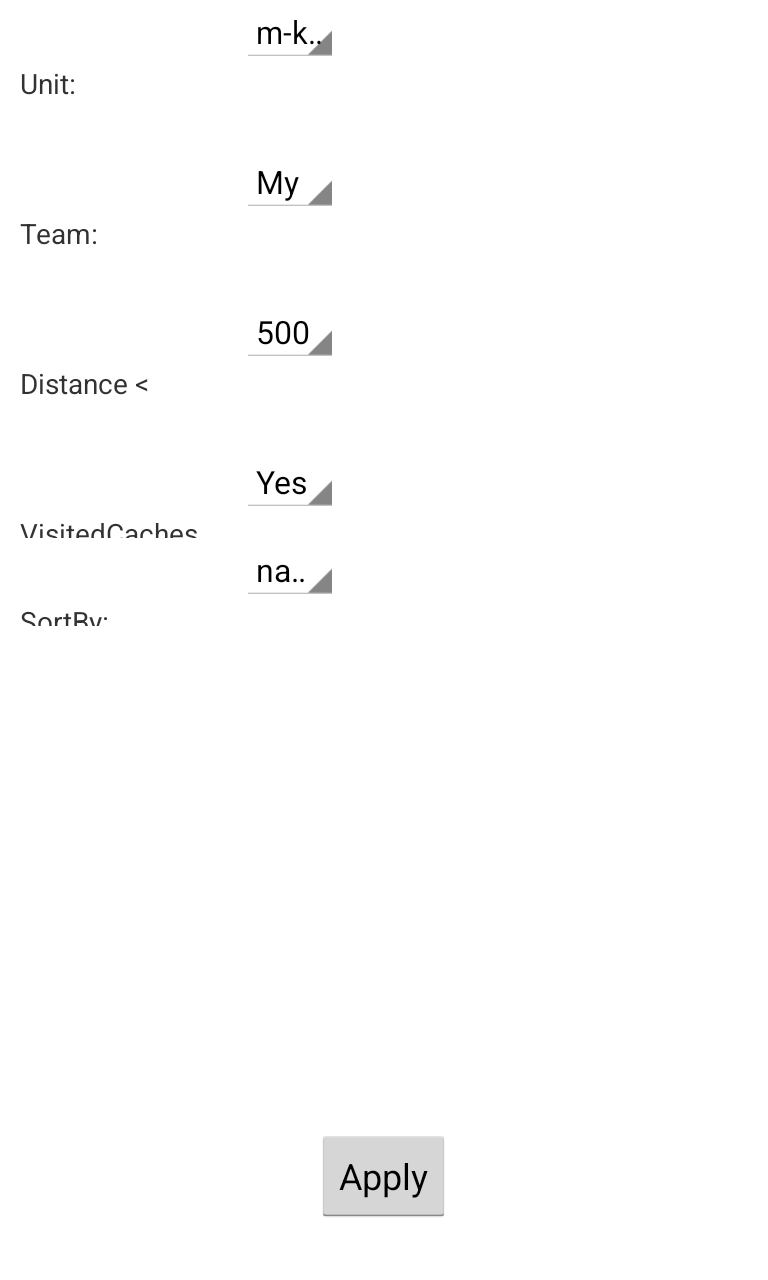
Repository: mpdehnel/seg
Layout: VectorOne/res/layout/activity_settings.xml
The author's editor kept a copy of each file at every save. The layout is drawn from the files as they stood at one save, then again after the next save.
It is drawn on a 768 x 1280 px phone screen (xhdpi) without system bars, with theme AppTheme; the app's code is not run.

Above is the layout before, as saved 2013-03-13 23:13:09.

After the next save:
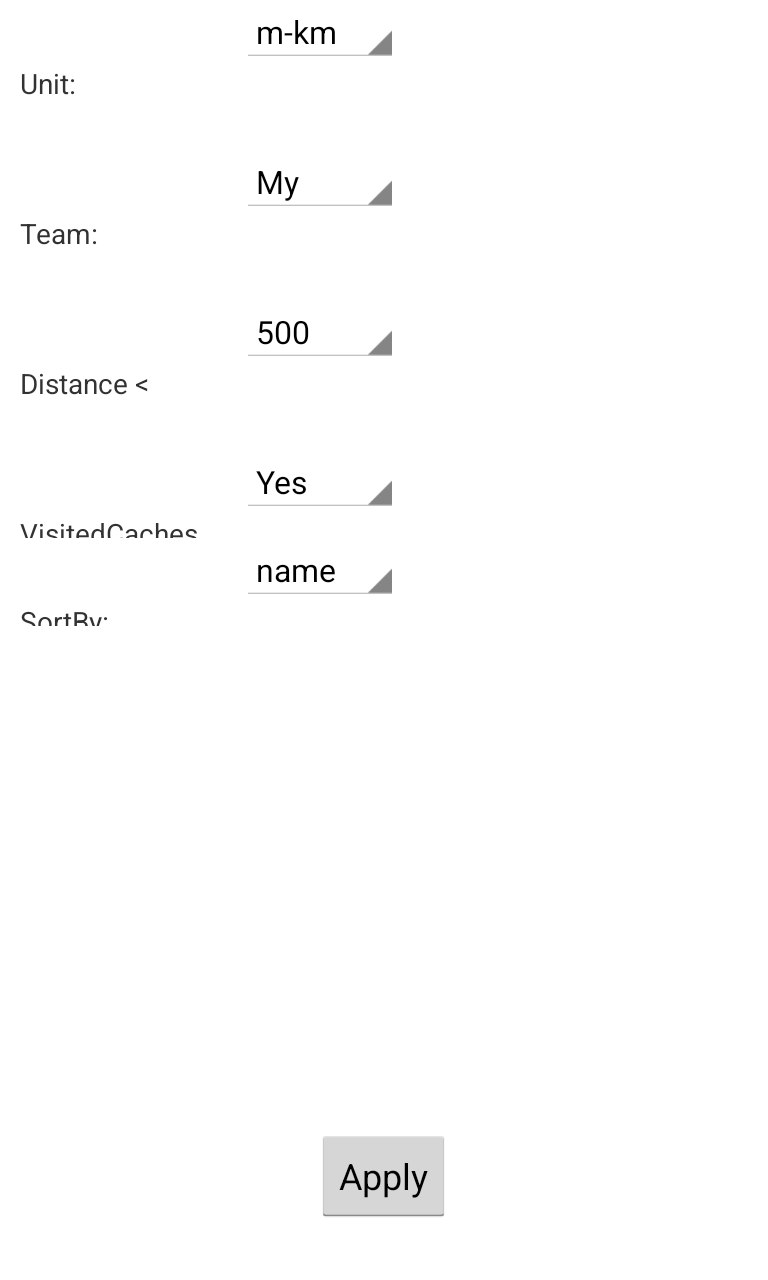
Saved 66 s later.
--- a/VectorOne/res/layout/activity_settings.xml
+++ b/VectorOne/res/layout/activity_settings.xml
@@ -24,7 +24,7 @@
 
             <Spinner
                 android:id="@+id/spinner_unit"
-                android:layout_width="50dp"
+                android:layout_width="80dp"
                 android:layout_height="wrap_content"
                 android:entries="@array/Unit" />
         </LinearLayout>
@@ -44,7 +44,7 @@
 
             <Spinner
                 android:id="@+id/spinner_team"
-                android:layout_width="50dp"
+                android:layout_width="80dp"
                 android:layout_height="wrap_content"
                 android:entries="@array/Team" />
         </LinearLayout>
@@ -64,7 +64,7 @@
 
             <Spinner
                 android:id="@+id/spinner_distance"
-                android:layout_width="50dp"
+                android:layout_width="80dp"
                 android:layout_height="wrap_content"
                 android:entries="@array/Distance" />
         </LinearLayout>
@@ -84,7 +84,7 @@
 
             <Spinner
                 android:id="@+id/spinner_cache"
-                android:layout_width="50dp"
+                android:layout_width="80dp"
                 android:layout_height="wrap_content"
                 android:entries="@array/Cachs" />
         </LinearLayout>
@@ -104,7 +104,7 @@
 
             <Spinner
                 android:id="@+id/spinner_SortBy"
-                android:layout_width="50dp"
+                android:layout_width="80dp"
                 android:layout_height="wrap_content"
                 android:entries="@array/sort" />
         </LinearLayout>
